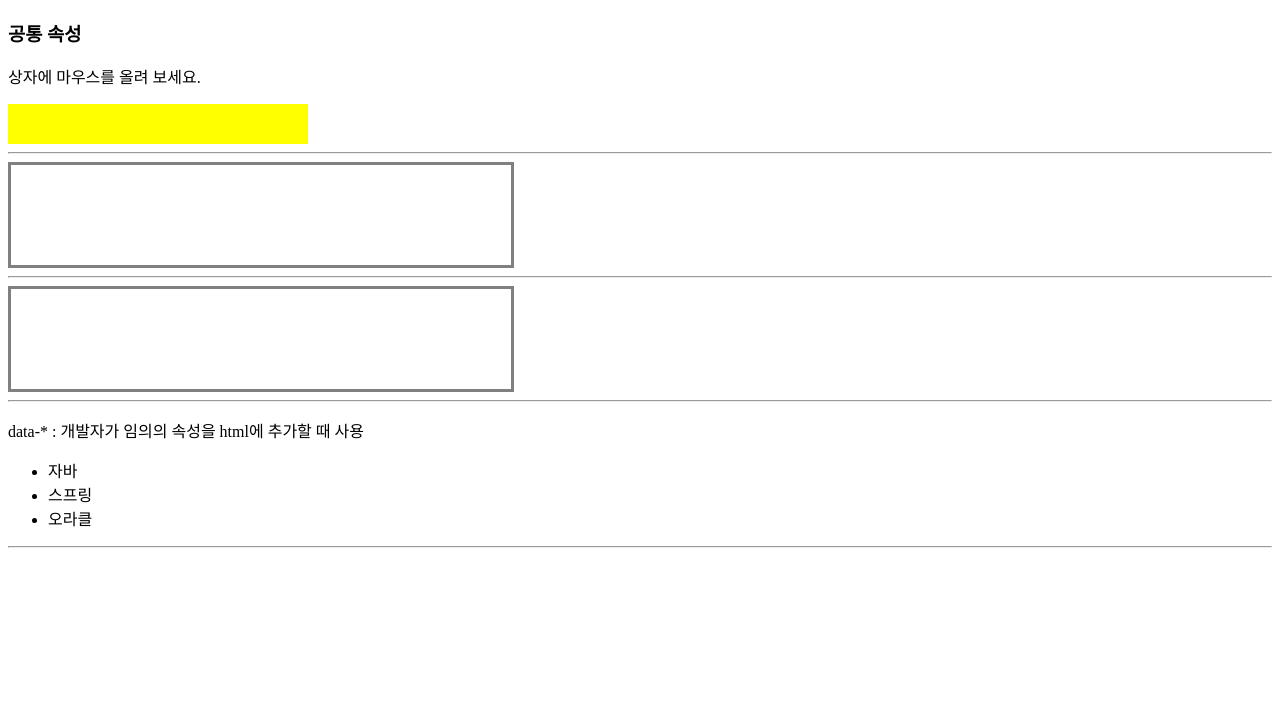
Repository: JiYoon0712/HTML_CSS_javascript
Page: work/study/src/main/webapp/htmlEx/ch02/ex06.html
The author's editor kept a copy of each file at every save. The page is drawn from the files as they stood at one save, then again after the next save.
The browser window is 1280 px wide. The pictures show the whole page.

Above is the page before, as saved 2023-04-03 03:13:22.

### work/study/src/main/webapp/htmlEx/ch02/ex06.html
<!DOCTYPE html>
<html>
<head>
<meta charset="UTF-8">
<title>Insert title here</title>
<style type="text/css">
.box{
	border: 3px solid gray;
	width: 500px;
	height: 100px;
	overflow: auto;
}

.box2{
	border: 3px solid blue;
	width: 450px;
	padding: 25px;
	text-align: center;
	font-weight: 700;
}

</style>

</head>
<body>

<h3> 공통 속성 </h3>

<p>상자에 마우스를 올려 보세요.</p>
<div title="안녕..." style="width:300px; height:40px; background: yellow;"></div>
<hr>

<div class ="box" ></div>
<hr>
<div class = "box" contenteditable="true"></div>
<hr>

<p>data-* : 개발자가 임의의 속성을 html에 추가할 때 사용</p>
<ul>
	<li data-subject="java">자바</li>
	<li data-subject="spring">스프링</li>
	<li data-subject="oracle">오라클</li>
</ul>
<hr>

</body>
</html>

After the next save:
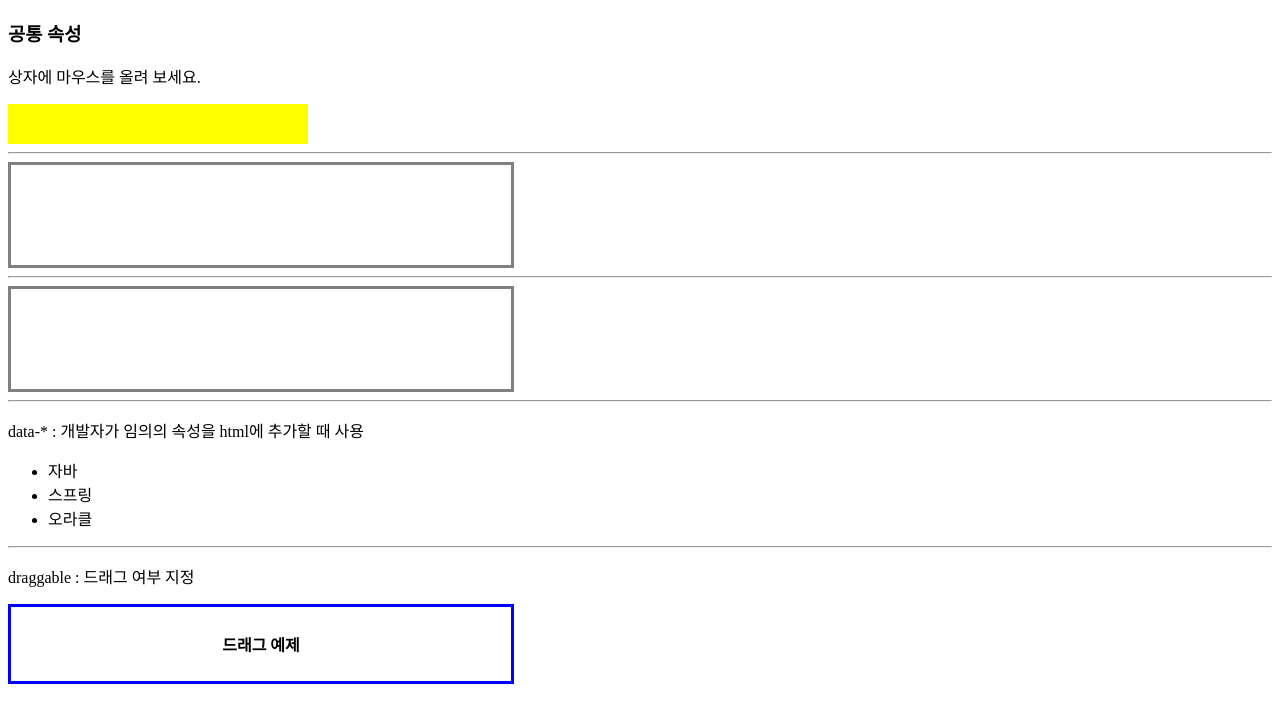
Saved 42 s later.
--- a/work/study/src/main/webapp/htmlEx/ch02/ex06.html
+++ b/work/study/src/main/webapp/htmlEx/ch02/ex06.html
@@ -43,5 +43,8 @@
 </ul>
 <hr>
 
+<p>draggable : 드래그 여부 지정</p>
+<div class="box2 draggale="true">드래그 예제</div>
+
 </body>
 </html>
